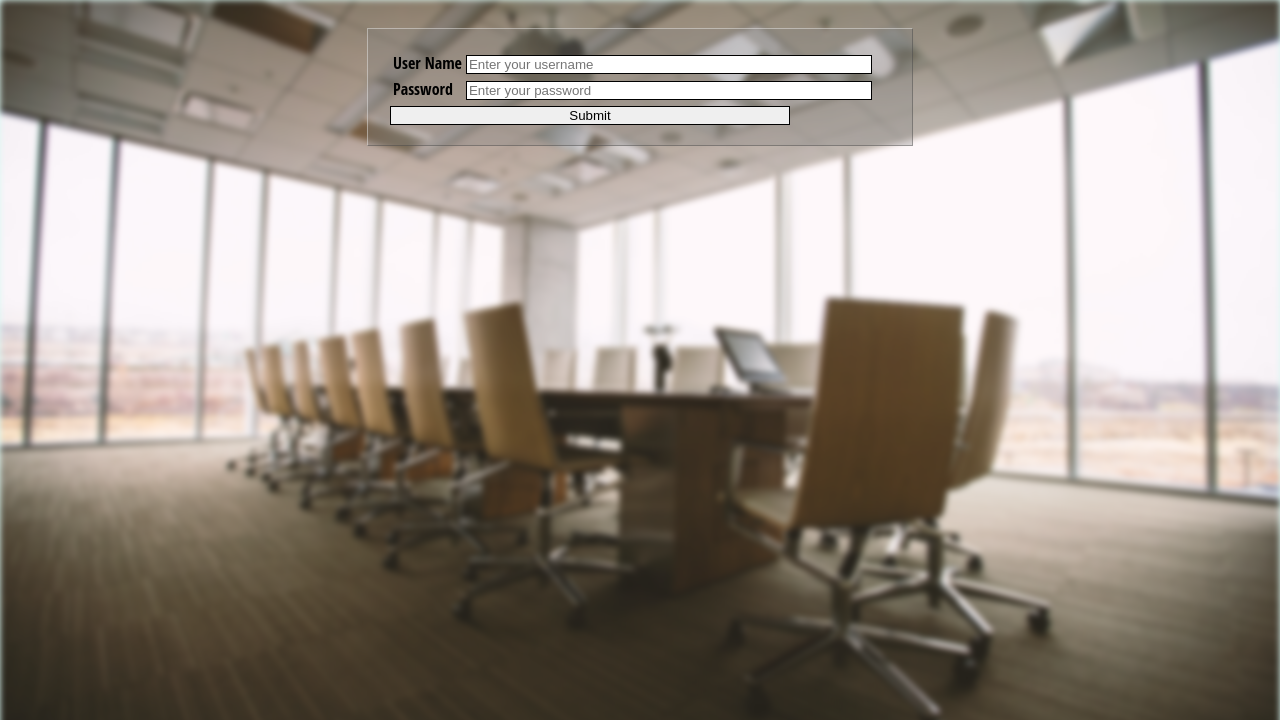
Repository: IT20643218/Employee-Management-System-OOP-Project-20-Y2S2
Page: http://localhost/EmployeeDemo/login.jsp
These files come from the project's save history. The page is drawn as it stood at one moment and after the next save; the edit follows.
The browser window is 1280 px wide. The pictures show the whole page.
Some web fonts or font styles are not loaded; a fallback is used. The page is served by Tomcat 9. Nobody is signed in. The application's start-up code is not run.

Above is the page before, as saved 2021-09-30 12:49:52.

After the next save:
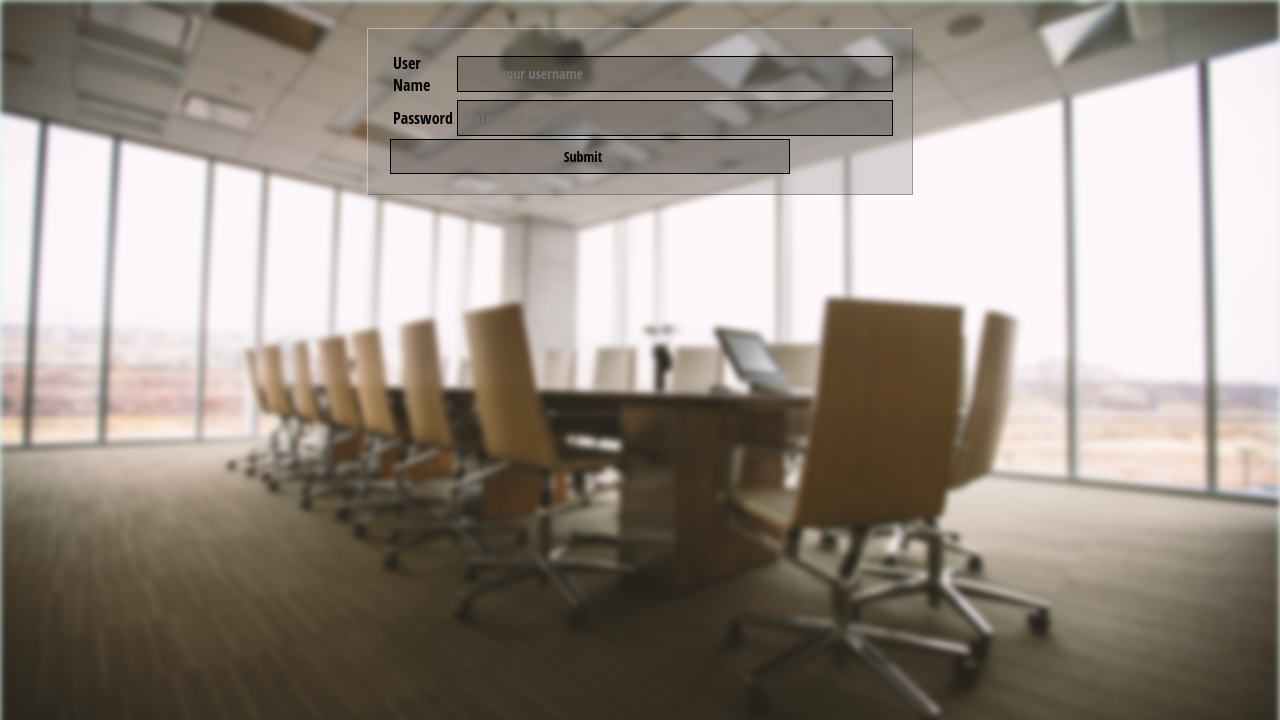
Saved 2 min 20 s later.
--- a/Java_Project/EmployeeDemo/src/main/webapp/login.jsp
+++ b/Java_Project/EmployeeDemo/src/main/webapp/login.jsp
@@ -42,7 +42,11 @@ form {
 
 form input, form button {
 	width: 400px;
-	 border: 1px solid;
+	border: 1px solid;
+	background-color: rgba(0,0,0,.2);
+  	background-repeat: no-repeat;
+  	padding: 8px 24px 8px 10px;
+  	font: bold .875em/1.25em "Open Sans Condensed", sans-serif;
 }
 </style>
 <body>
